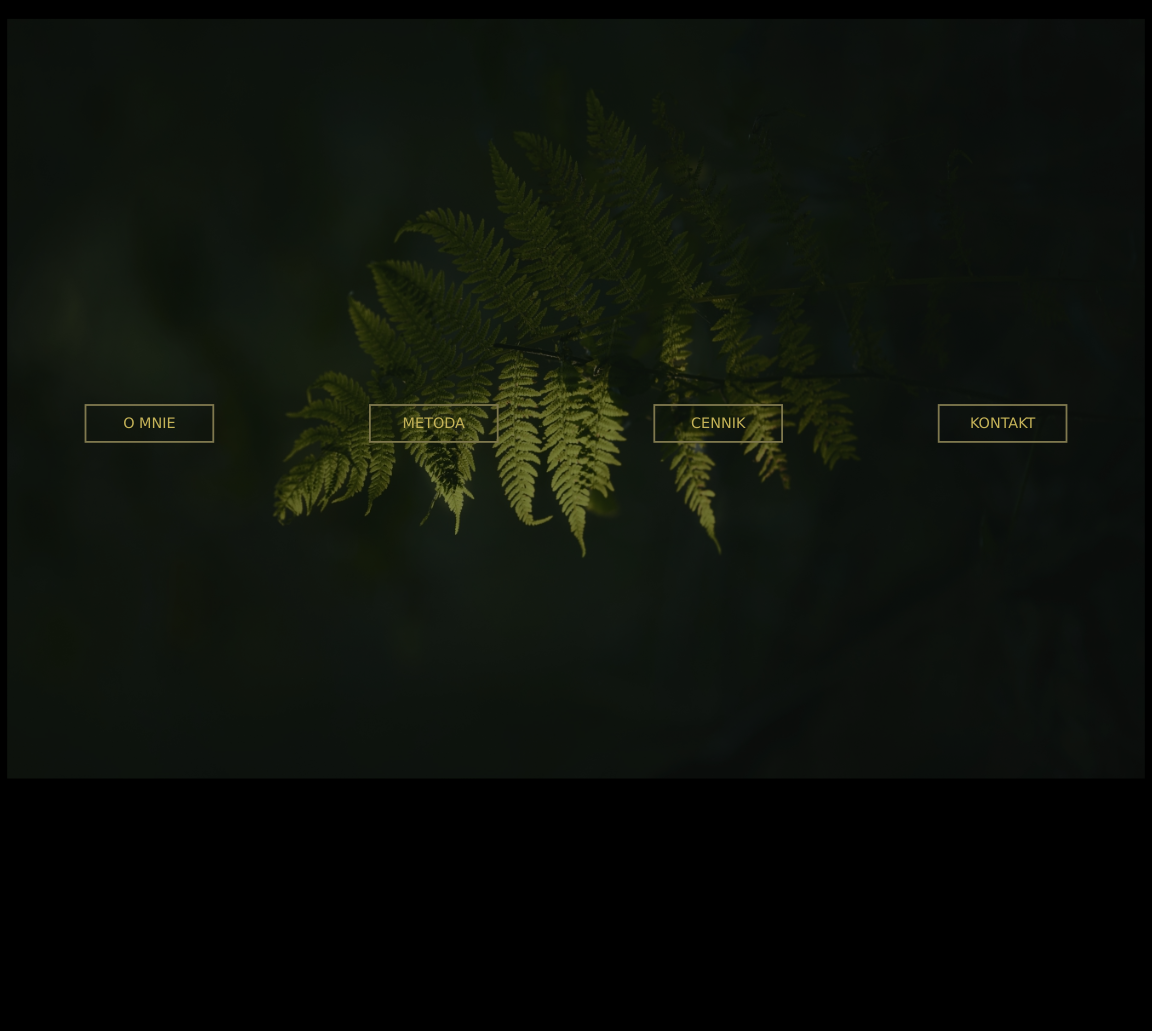
Repository: LechCieslak/Anna_Cieslak_v2.1
Page: index.html
An editor plug-in stored every save of this project. The page is shown before and after the next save, followed by the edit.
The browser window is 1280 px wide. The pictures show the whole page, at 90% of full size.

Above is the page before, as saved 2020-08-29 00:55:44.

After the next save:
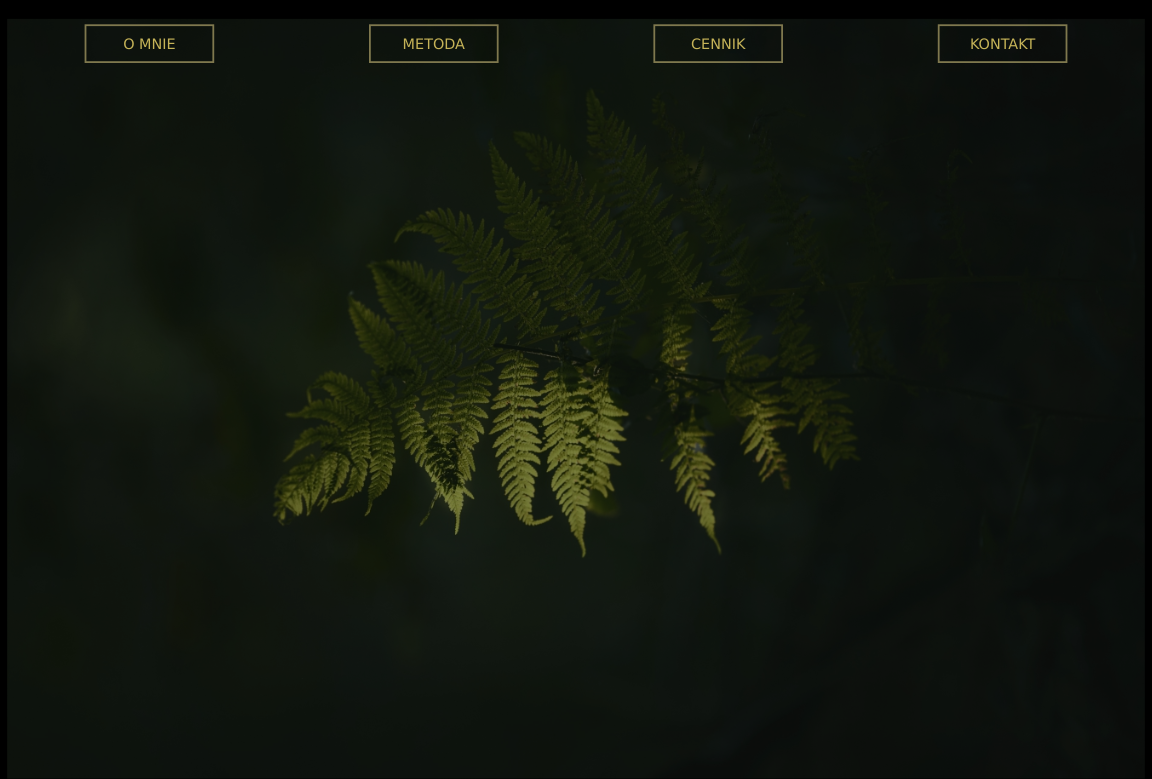
Saved 21 s later.
--- a/style.css
+++ b/style.css
@@ -20,7 +20,6 @@ body {
 }
 
 .container h1{
-    padding: 200px;
     position: relative;
     z-index: 2;
 }
